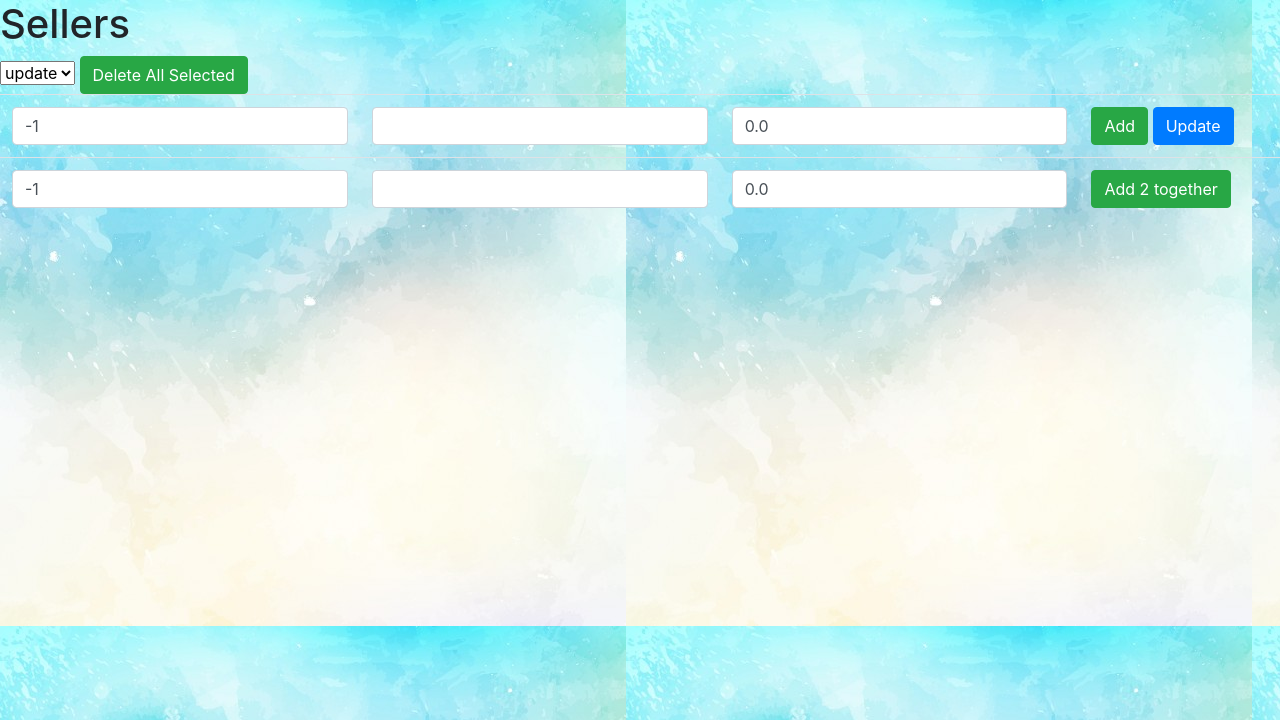
Repository: zhenyan02/HW_Projects
Page: http://localhost/bookStore/SellerWeb.jsp
An editor plug-in stored every save of this project. The page is shown before and after the next save, followed by the edit.
The browser window is 1280 px wide. The pictures show the whole page.
The page is served by Tomcat 9. Queries for data that is not in the repository find no rows.

Above is the page before, as saved 2018-11-25 00:03:11.

After the next save:
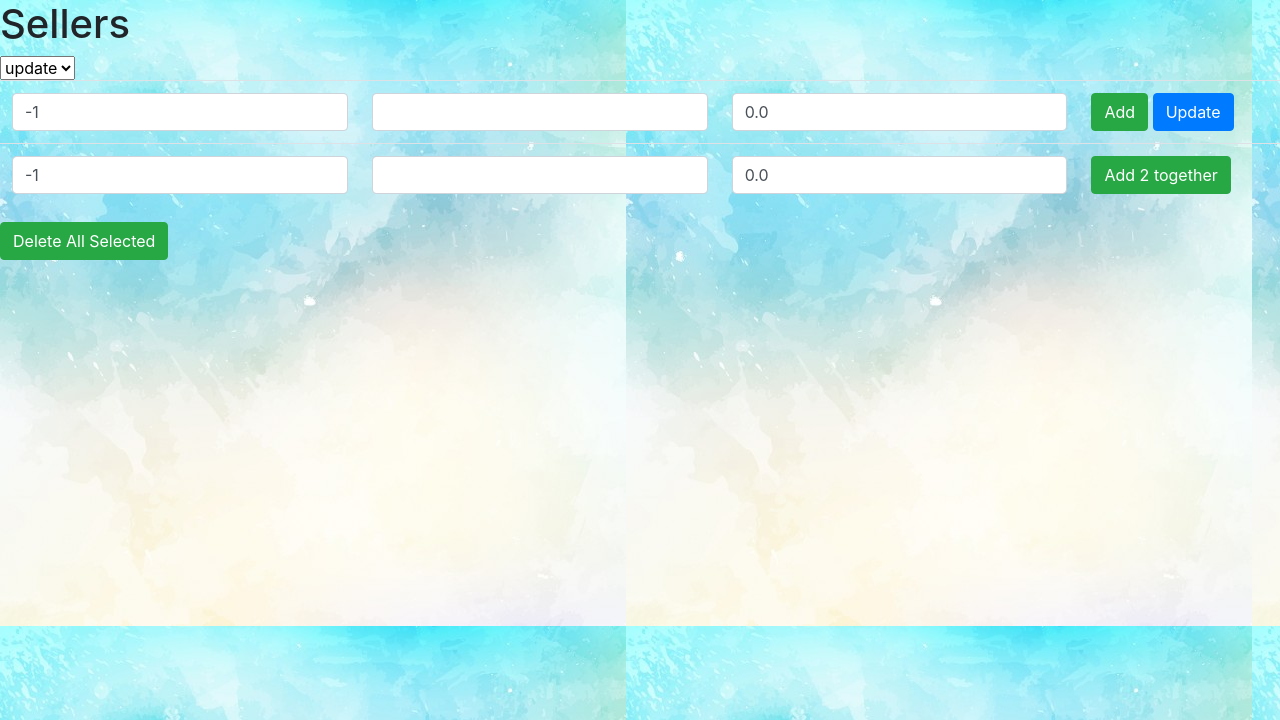
Saved 4 min 13 s later.
--- a/582_Final Project_JavaScript/bookStore/WebContent/SellerWeb.jsp
+++ b/582_Final Project_JavaScript/bookStore/WebContent/SellerWeb.jsp
@@ -15,9 +15,7 @@
 			<option>delete</option>
 			<option>add</option>
 			</select>
-				<button class="btn btn-success" name="action" value="deleteAll">
-					Delete All Selected
-				</button>
+
 <%
 	SellerDAO dao = new SellerDAO();
 
@@ -130,5 +128,9 @@
 %>
    </table>
 </form>
+
+				<button class="btn btn-success" name="action" value="deleteAll">
+					Delete All Selected
+				</button>
 </body>
 </html>
